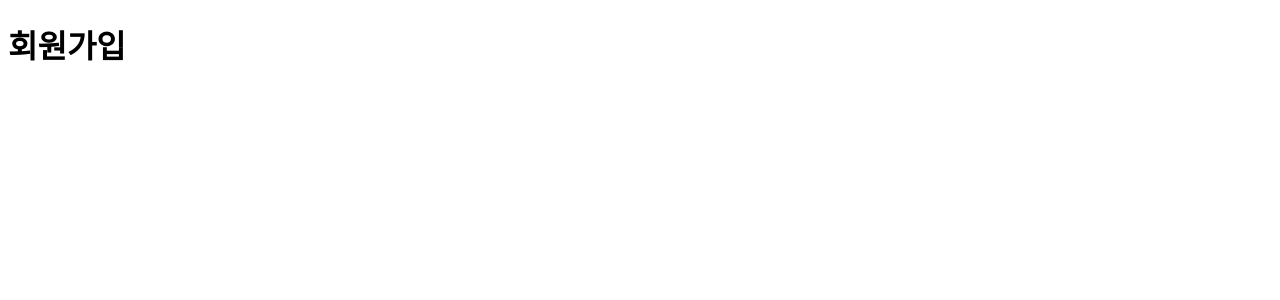
Repository: bbqju13/jsp0602
Page: http://localhost/project4/user/join.jsp
These files come from the project's save history. The page is drawn as it stood at one moment and after the next save; the edit follows.
The browser window is 1280 px wide. The pictures show the whole page.
The page is served by Tomcat 9.

Above is the page before, as saved 2023-05-30 02:22:58.

After the next save:
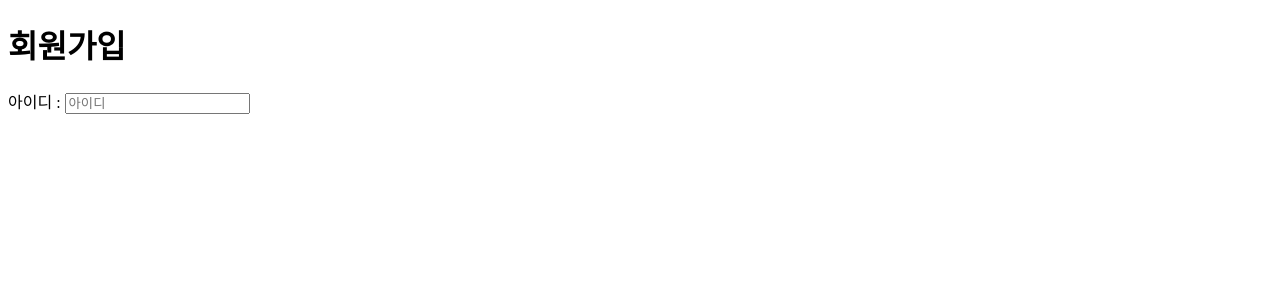
Saved 57 s later.
--- a/jsp_project4/project4/src/main/webapp/user/join.jsp
+++ b/jsp_project4/project4/src/main/webapp/user/join.jsp
@@ -1,5 +1,5 @@
 <%@ page language="java" contentType="text/html; charset=UTF-8"
-    pageEncoding="UTF-8"%>
+	pageEncoding="UTF-8"%>
 <!DOCTYPE html>
 <html>
 <head>
@@ -7,6 +7,10 @@
 <title>회원가입</title>
 </head>
 <body>
+	<!-- id pw birth age name -->
 	<h1>회원가입</h1>
+	<form action="">
+		아이디 : <input type="text" name="id" placeholder="아이디">
+	</form>
 </body>
 </html>
